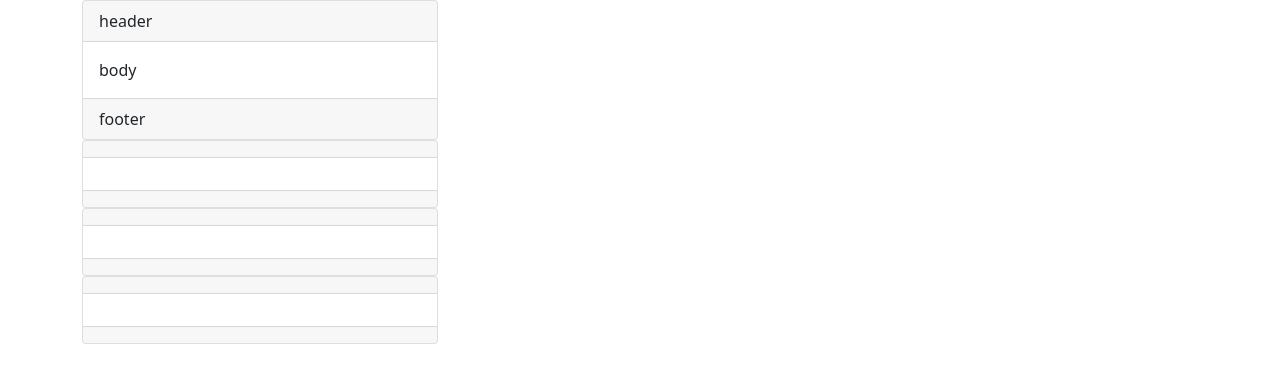
Repository: gavinj1999/EmmetBootstrapExamples
Page: index.html
These files come from the project's save history. The page is drawn as it stood at one moment and after the next save; the edit follows.
The browser window is 1280 px wide. The pictures show the whole page.

Above is the page before, as saved 2022-05-23 18:14:14.

### index.html
<!doctype html>
<html lang="en">
  <head>
    <title>Bootstrap</title>
    <!-- Required meta tags -->
    <meta charset="utf-8">
    <meta name="viewport" content="width=device-width, initial-scale=1, shrink-to-fit=no">

    <!-- Bootstrap CSS v5.0.2 -->
    <link rel="stylesheet" href="https://cdn.jsdelivr.net/npm/bootstrap@5.0.2/dist/css/bootstrap.min.css"  integrity="sha384-EVSTQN3/azprG1Anm3QDgpJLIm9Nao0Yz1ztcQTwFspd3yD65VohhpuuCOmLASjC" crossorigin="anonymous">

  </head>
  <body>
      <div class="container">
          <div class="row">
              <div class="col-md-4">
                  <div class="card">
                      <div class="card-header">header</div>
                      <div class="card-body">body</div>
                      <div class="card-footer">footer</div>
                  </div>
                  <div class="card">
                      <div class="card-header"></div>
                      <div class="card-body"></div>
                      <div class="card-footer"></div>
                  </div>
                  <div class="card">
                      <div class="card-header"></div>
                      <div class="card-body"></div>
                      <div class="card-footer"></div>
                  </div>
                  <div class="card">
                      <div class="card-header"></div>
                      <div class="card-body"></div>
                      <div class="card-footer"></div>
                  </div>
              </div>
          </div>
      </div>
    <!-- Bootstrap JavaScript Libraries -->
    <script src="https://cdn.jsdelivr.net/npm/@popperjs/core@2.9.2/dist/umd/popper.min.js" integrity="sha384-IQsoLXl5PILFhosVNubq5LC7Qb9DXgDA9i+tQ8Zj3iwWAwPtgFTxbJ8NT4GN1R8p" crossorigin="anonymous"></script>
    <script src="https://cdn.jsdelivr.net/npm/bootstrap@5.0.2/dist/js/bootstrap.min.js" integrity="sha384-cVKIPhGWiC2Al4u+LWgxfKTRIcfu0JTxR+EQDz/bgldoEyl4H0zUF0QKbrJ0EcQF" crossorigin="anonymous"></script>
  </body>
</html>

After the next save:
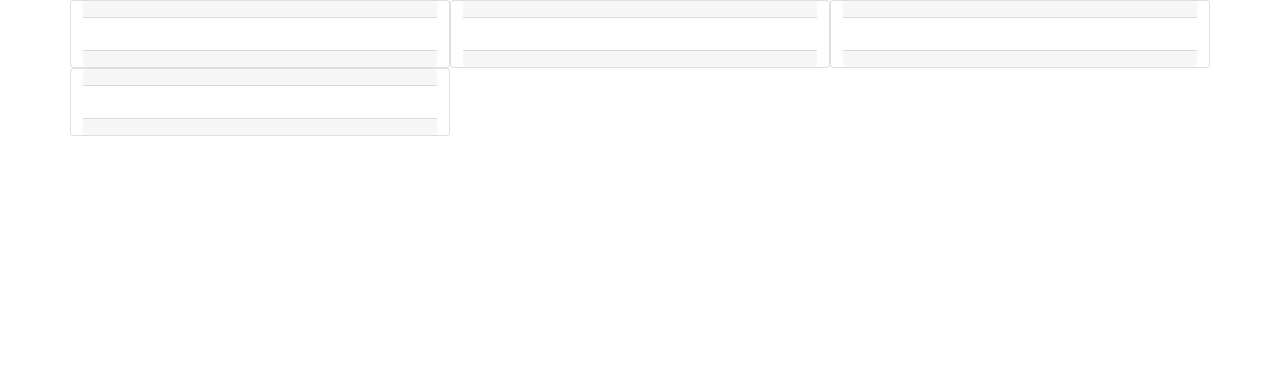
Saved 69 s later.
--- a/index.html
+++ b/index.html
@@ -13,27 +13,25 @@
   <body>
       <div class="container">
           <div class="row">
-              <div class="col-md-4">
-                  <div class="card">
-                      <div class="card-header">header</div>
-                      <div class="card-body">body</div>
-                      <div class="card-footer">footer</div>
-                  </div>
-                  <div class="card">
-                      <div class="card-header"></div>
-                      <div class="card-body"></div>
-                      <div class="card-footer"></div>
-                  </div>
-                  <div class="card">
-                      <div class="card-header"></div>
-                      <div class="card-body"></div>
-                      <div class="card-footer"></div>
-                  </div>
-                  <div class="card">
-                      <div class="card-header"></div>
-                      <div class="card-body"></div>
-                      <div class="card-footer"></div>
-                  </div>
+              <div class="col-md-4 div card">
+                  <div class="card-header"></div>
+                  <div class="card-body"></div>
+                  <div class="card-footer"></div>
+              </div>
+              <div class="col-md-4 div card">
+                  <div class="card-header"></div>
+                  <div class="card-body"></div>
+                  <div class="card-footer"></div>
+              </div>
+              <div class="col-md-4 div card">
+                  <div class="card-header"></div>
+                  <div class="card-body"></div>
+                  <div class="card-footer"></div>
+              </div>
+              <div class="col-md-4 div card">
+                  <div class="card-header"></div>
+                  <div class="card-body"></div>
+                  <div class="card-footer"></div>
               </div>
           </div>
       </div>
